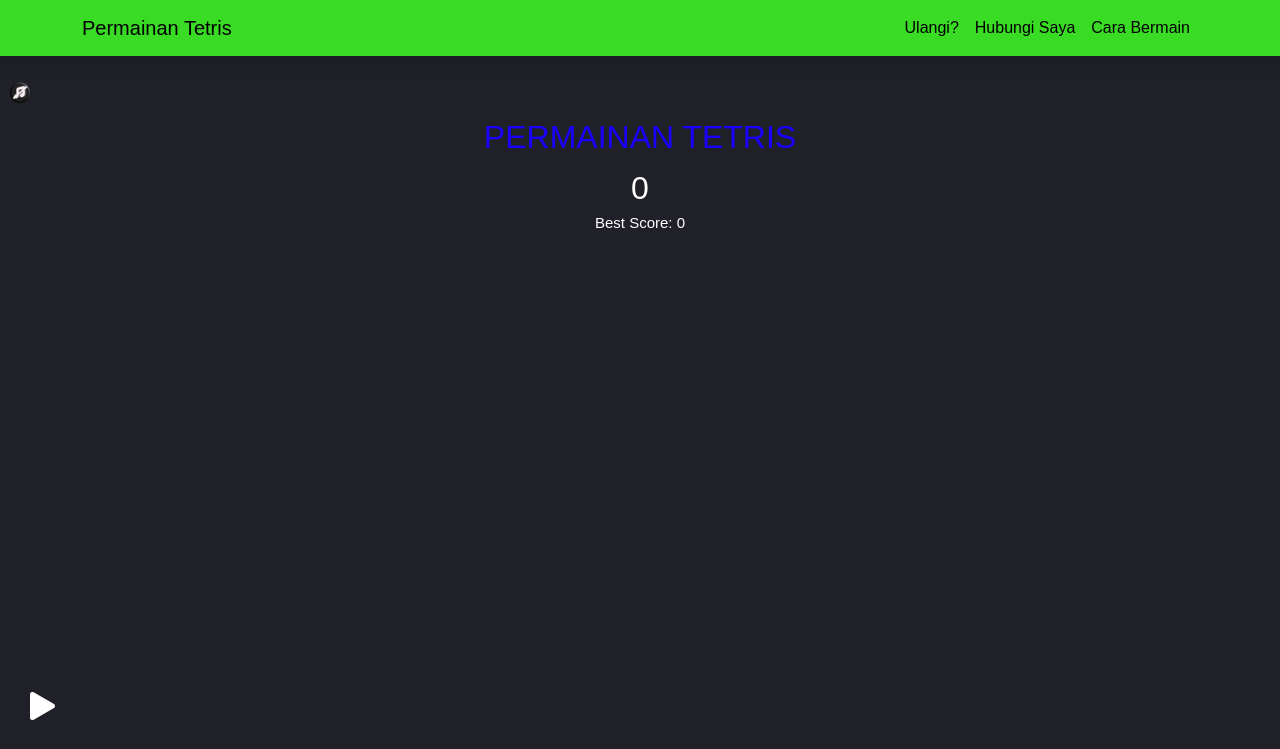
Repository: GwendiWisnuAnggoro/GwendiWisnuAnggoro.github.io
Page: Bahasa Indonesia/game/Tetris/tetris.html
The author's editor kept a copy of each file at every save. The page is drawn from the files as they stood at one save, then again after a run of saves.
The browser window is 1280 px wide. The pictures show the whole page.

Above is the page before, as saved 2023-02-07 19:44:52.
Console error: ReferenceError: loca is not defined

After the next 2 saves:
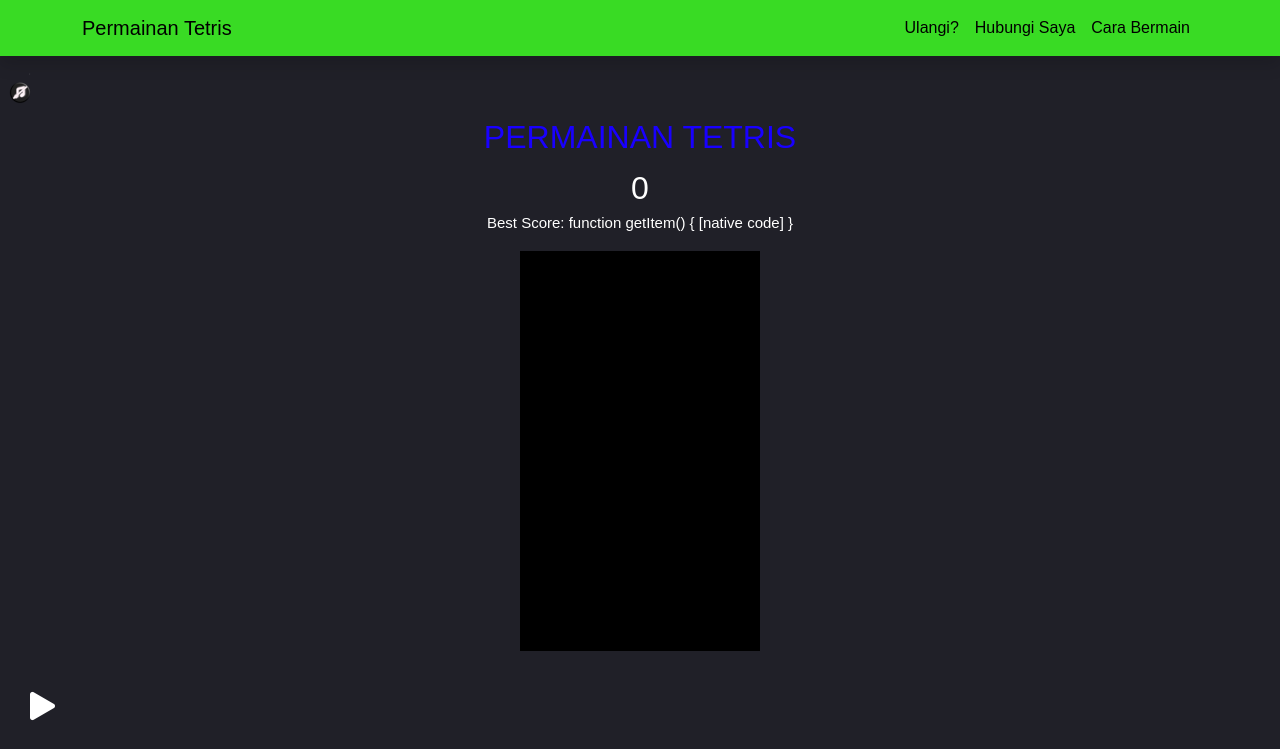
Console error: TypeError: Cannot read properties of null (reading 'forEach')
The 2 saves are shown as one change because they came seconds apart.
The last was saved 6 s later.
--- a/Bahasa Indonesia/game/Tetris/tetris.js
+++ b/Bahasa Indonesia/game/Tetris/tetris.js
@@ -363,7 +363,7 @@ function SistemBestScore(score){
     }
 }
 
-Best_Score.innerText = loca
+Best_Score.innerText = localStorage.getItem
 document.getElementById("Mulai").addEventListener("click", ()=>{
     playerReset();
     updateScore();
